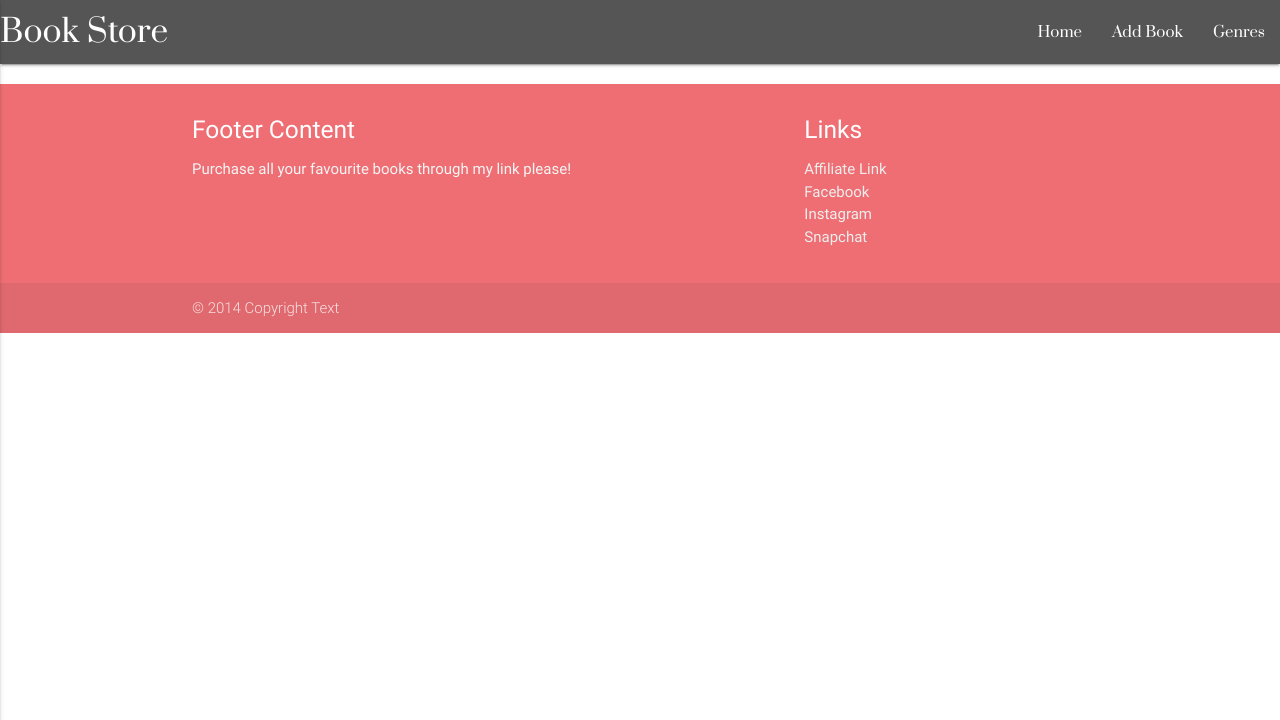
Repository: thodnett/book-store
Page: http://localhost/
The author's editor kept a record of every edit. The page is drawn from the files as they stood at one moment, then again after the next edit.
The browser window is 1280 px wide. The pictures show the whole page.
Some web libraries are served in a nearby version. The page is served by the project's application, run on Flask 3 (app.py). Queries for data that is not in the repository find no rows.

Above is the page before.

### templates/books.html
{% extends 'base.html' %} {% block content %}

<div class="row">
  {% for book in books %}
  <div class="card blue-grey darken-1">
    <div class="card-content white-text">
      <span class="card-title">{{book.book_name}} - {{book.book_author}}</span>
      <p> <strong> {{book.book_genre}}</strong> - {{book.book_descrip}} - {{book.book_review}} </p>
    </div>
    <div class="card-action col-sm4">
      <a href={{book.purch_link}}>Buy Me!</a>
      <a href={{book.cover_link}}>Cover Image</a>
      <a href="{{url_for('edit_book', book_id=book._id)}}">Edit</a>
      <a href={{url_for('delete_book', book_id=book._id)}}>Delete</a>
    </div>
  </div>
  {% endfor %}
</div>

{% endblock %}

### templates/base.html
<!DOCTYPE html>
<html lang="en">

<head>

   <link href="https://fonts.googleapis.com/icon?family=Material+Icons" rel="stylesheet">
   <link rel="stylesheet" href="https://cdnjs.cloudflare.com/ajax/libs/materialize/0.100.2/css/materialize.min.css">
    <link rel="stylesheet" href="{{url_for('static', filename='css/style.css')}}" type="text/css"/>
</head>
<body>
    <header>
        <nav class="nav">
            <div class="nav-wrapper">
                <a href="{{url_for('get_books')}}" class="brand-logo">Book Store</a>
                <a href="#" data-activates="mobile-demo" class="button-collapse"><i class="material-icons">menu</i></a>
                <ul id="nav-mobile" class="right hide-on-med-and-down">
                    <li><a href="{{url_for('get_books')}}">Home</a></li>
                    <li><a href="{{url_for('add_book')}}">Add Book</a></li>
                    <li><a href="{{url_for('get_categories')}}">Genres</a></li>
                </ul>
                <ul class="side-nav" id="mobile-demo">
                    <li><a href="{{url_for('get_books')}}">Home</a></li>
                    <li><a href="{{url_for('add_book')}}">Add Book</a></li>
                    <li><a href="{{url_for('get_categories')}}">Genres</a></li>
                </ul>
            </div>
        </nav>
    </header>
    <div class="container">
    {% block content %}
    {% endblock %}
    </div>


<script src="https://cdnjs.cloudflare.com/ajax/libs/jquery/3.2.1/jquery.min.js"></script>
<script src="https://cdnjs.cloudflare.com/ajax/libs/materialize/0.100.2/js/materialize.min.js"></script>
<script type="text/javascript">
$(document).ready(function() {
      $('select').material_select();
      $(".button-collapse").sideNav();
        });

</script>

<footer class="page-footer">
          <div class="container">
            <div class="row">
              <div class="col l6 s12">
                <h5 class="white-text">Footer Content</h5>
                <p class="grey-text text-lighten-4">Purchase all your favourite books through my link please!</p>
              </div>
              <div class="col l4 offset-l2 s12">
                <h5 class="white-text">Links</h5>
                <ul>
                  <li><a class="grey-text text-lighten-3" href="#!">Affiliate Link</a></li>
                  <li><a class="grey-text text-lighten-3" href="#!">Facebook</a></li>
                  <li><a class="grey-text text-lighten-3" href="#!">Instagram</a></li>
                  <li><a class="grey-text text-lighten-3" href="#!">Snapchat</a></li>
                </ul>
              </div>
            </div>
          </div>
          <div class="footer-copyright">
            <div class="container">
            © 2014 Copyright Text
            </div>
          </div>
        </footer>
</body>
</html>

### app.py
import os
from flask import Flask,  render_template, redirect, request, url_for
from flask_pymongo import PyMongo
from bson.objectid import ObjectId


app = Flask(__name__)

app.config["MONGO_DBNAME"] = 'book_store'
app.config["MONGO_URI"] = 'mongodb+srv://thodnett:Pass1234@myfirstcluster-2pyxt.mongodb.net/book_store?retryWrites=true&w=majority'

mongo = PyMongo(app)



@app.route('/')
@app.route('/get_books')
def get_books():
    return render_template("books.html", books=mongo.db.books.find())

@app.route('/add_book')
def add_book():
    return render_template("addbook.html",  categories=mongo.db.categories.find())

@app.route('/insert_book', methods=['POST'])
def insert_book():
    books = mongo.db.books
    books.insert_one(request.form.to_dict())
    return redirect(url_for('get_books'))

@app.route('/edit_book/<book_id>')
def edit_book(book_id):
    the_book =  mongo.db.books.find_one({"_id": ObjectId(book_id)})
    all_categories =  mongo.db.categories.find()
    return render_template('editbook.html', book=the_book, categories=all_categories)

@app.route('/update_book/<book_id>', methods=['POST'])
def update_book(book_id):
    books = mongo.db.books
    books.update( {'_id': ObjectId(book_id)},
    {
        'book_name':request.form.get('book_name'),
        'category_name':request.form.get('category_name'),
        'book_author':request.form.get('book_author'),
        'book_descrip':request.form.get('book_descrip'),
        'book_review':request.form.get('book_review'),
        'cover_link':request.form.get('cover_link'),
        'purch_link':request.form.get('purch_link')
    })
    return redirect(url_for('get_books'))

@app.route('/delete_book/<book_id>')
def delete_book(book_id):
    mongo.db.books.remove({'_id': ObjectId(book_id)})
    return redirect(url_for('get_books'))

@app.route('/get_categories')
def get_categories():
    return render_template('categories.html',
    categories=mongo.db.categories.find())

@app.route('/edit_category/<category_id>')
def edit_category(category_id):
    return render_template('editcategory.html',
    category=mongo.db.categories.find_one({'_id': ObjectId(category_id)}))

@app.route('/update_category/<category_id>', methods=['POST'])
def update_category(category_id):
    mongo.db.categories.update(
        {'_id': ObjectId(category_id)},
        {'type': request.form.get('type')})
    return redirect(url_for('get_categories'))

@app.route('/delete_category/<category_id>')
def delete_category(category_id):
    mongo.db.categories.remove({'_id': ObjectId(category_id)})
    return redirect(url_for('get_categories'))

@app.route('/insert_category', methods=['POST'])
def insert_category():
    categories = mongo.db.categories
    category_doc ={'type': request.form.get('type')}
    categories.insert_one(category_doc)
    return redirect(url_for('get_categories'))


@app.route('/add_category')
def add_category():
    return render_template('addcategory.html')

@app.route('/find_book/<type>')
def find_book(type):
     books=mongo.db.books.find({'category_name': type})
     return render_template('findbook.html', books=books)


if __name__ == '__main__':
    app.run(host=os.environ.get('IP'),
            port=int(os.environ.get('PORT')),
            debug=True)

### static/css/style.css
@import url('https://fonts.googleapis.com/css?family=Prata&display=swap');


/*----style navbar ----*/

.nav-wrapper {
    background-color: #555555;
    font-family: 'Prata', sans-serif;

}

/*--------card--------*/

.card-content, .card-action a {
    font-family: 'Prata', sans-serif;
}

/*-------headings-----*/

.headings {
    font-family: 'Prata', sans-serif;
}

/*-----form------*/

.form {
    font-family: 'Prata', sans-serif;
}

.form a {
    color: white;
    background-color: orange;
}

.row-foot {
     background-color: #555555;
     font-family: 'Prata', sans-serif;
}

After the next edit:
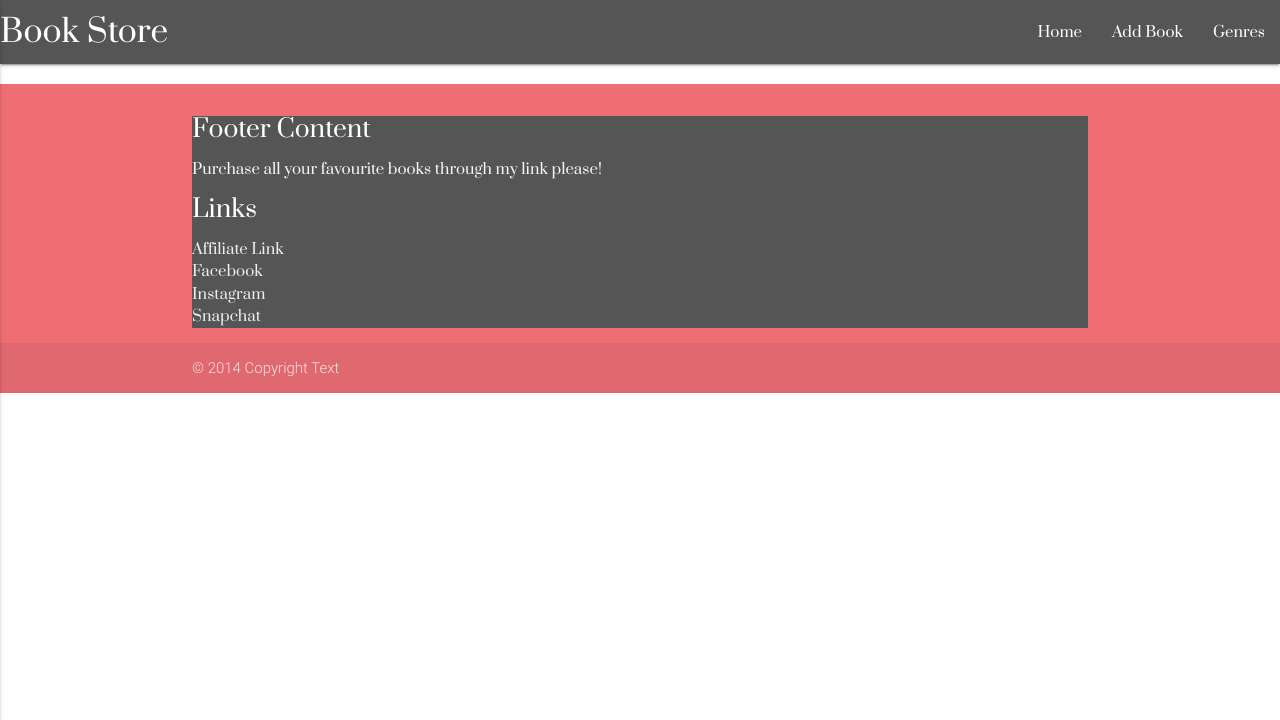
The edit:
--- a/templates/base.html
+++ b/templates/base.html
@@ -44,7 +44,7 @@
 
 <footer class="page-footer">
           <div class="container">
-            <div class="row">
+            <div class="row-foot">
               <div class="col l6 s12">
                 <h5 class="white-text">Footer Content</h5>
                 <p class="grey-text text-lighten-4">Purchase all your favourite books through my link please!</p>
